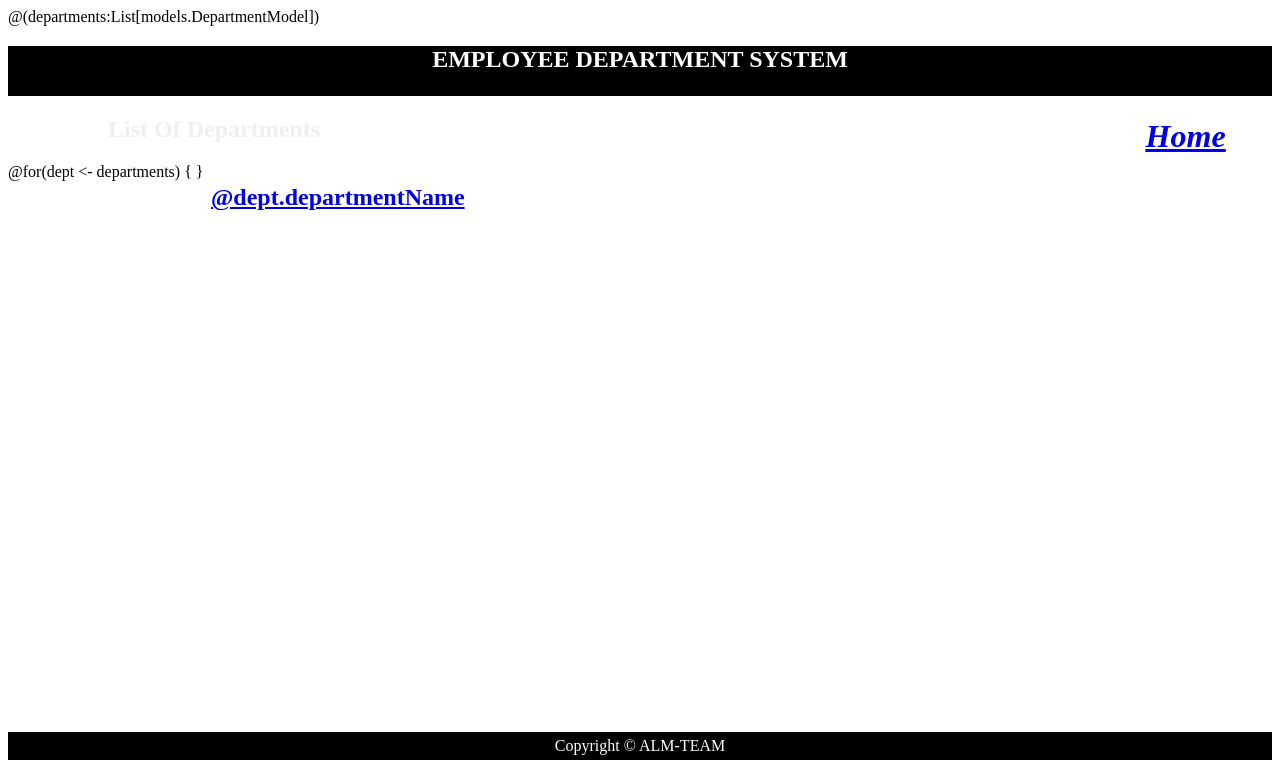
Repository: sumitkum200690/PLAY_SLICK
Page: Play_DB/app/views/allDepartmentPage.scala.html
The author's editor kept a copy of each file at every save. The page is drawn from the files as they stood at one save, then again after the next save.
The browser window is 1280 px wide. The pictures show the whole page.

Above is the page before, as saved 2015-09-28 06:08:06.

After the next save:
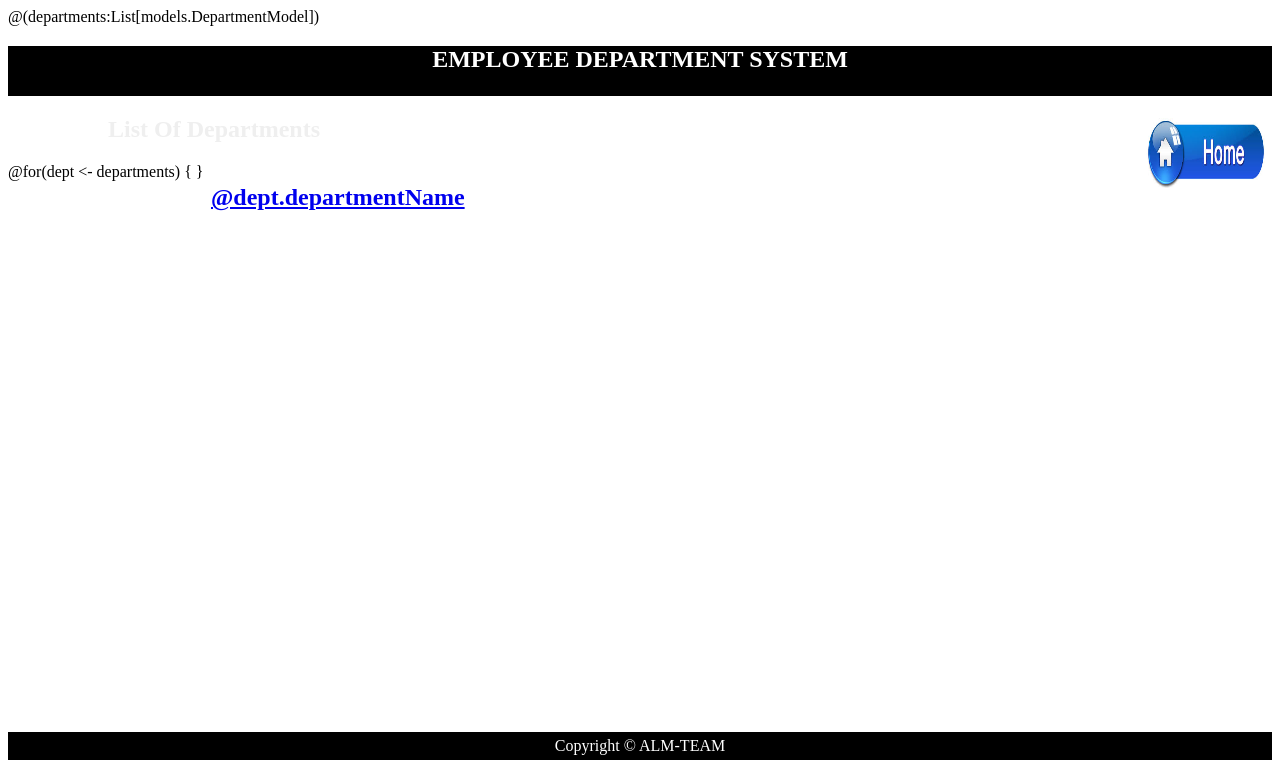
Saved 78 s later.
--- a/Play_DB/app/views/allDepartmentPage.scala.html
+++ b/Play_DB/app/views/allDepartmentPage.scala.html
@@ -128,7 +128,7 @@
 
 			</div>
 
-			<div id="home" style="float:left;"><a href="/"><h1><I><U><b>Home</b></U></I></h1></a></div>
+			<div id="home" style="float:left;"><a href="/"><h1><I><U><b><img src="/assets/images/home.jpg" alt="HOME" height="70" width="120" border="0"/></b></U></I></h1></a></div>
 
 		</div>
 
